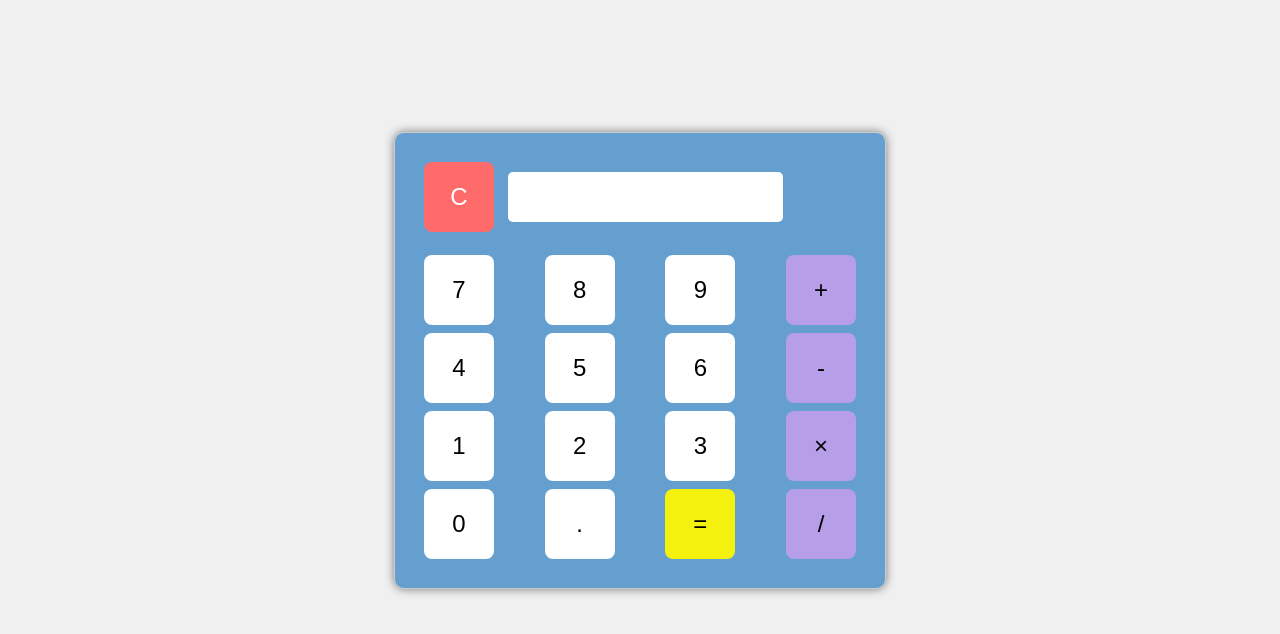
Repository: Burnmyheart/calculator
Page: index.html
An editor plug-in stored every save of this project. The page is shown before and after the next save, followed by the edit.
The browser window is 1280 px wide. The pictures show the whole page.

Above is the page before, as saved 2025-04-28 22:48:16.

### index.html
<!DOCTYPE html>
<html lang="en">
  <head>
    <meta charset="UTF-8" />
    <meta name="viewport" content="width=device-width, initial-scale=1.0" />
    <title>Калькулятор</title>
    <link rel="stylesheet" href="style.css" />
  </head>
  <body>
    <div class="calculator">
      <!-- Поле вывода и кнопка сброса -->
      <div class="display-container">
        <button class="clear" onclick="clearDisplay()">C</button>
        <input type="text" id="display" readonly />
      </div>

      <!-- Кнопки калькулятора -->
      <div>
        <button onclick="addNumber('7')">7</button>
        <button onclick="addNumber('8')">8</button>
        <button onclick="addNumber('9')">9</button>
        <button class="operation" onclick="addOperation('+')">+</button>
      </div>
      <div>
        <button onclick="addNumber('4')">4</button>
        <button onclick="addNumber('5')">5</button>
        <button onclick="addNumber('6')">6</button>
        <button class="operation" onclick="addOperation('-')">-</button>
      </div>
      <div>
        <button onclick="addNumber('1')">1</button>
        <button onclick="addNumber('2')">2</button>
        <button onclick="addNumber('3')">3</button>
        <button class="operation" onclick="addOperation('*')">×</button>
      </div>
      <div>
        <button onclick="addNumber('0')">0</button>
        <button onclick="addNumber('.')">.</button>
        <button class="calculate" onclick="calculate()">=</button>
        <button class="operation" onclick="addOperation('/')">/</button>
      </div>
    </div>

    <script src="calculator.js"></script>
  </body>
</html>

### style.css
/* Базовые стили для читаемости */
body {
  display: flex;
  justify-content: center;
  align-items: center;
  min-height: 100vh;
  margin: 0;
  background-color: #f0f0f0;
}

.calculator {
  background-color: #649fcf;
  padding: 25px;
  border: 1px solid #ccc;
  border-radius: 10px;
  width: 440px;
  box-shadow: 0 0 10px 0 rgba(0, 0, 0, 0.5);
}

.display-container {
  margin-bottom: 15px;
  display: flex;
  align-items: center;
  gap: 10px;
}

#display {
  width: 255px;
  height: 40px;
  padding: 5px 10px;
  text-align: right;
  font-size: 24px;
  border-radius: 5px;
  border: none;
}

.calculator > div:not(.display-container) {
  display: flex;
  justify-content: space-between;
}

button {
  width: 70px;
  height: 70px;
  margin: 4px;
  border: none;
  background-color: white;
  border-radius: 8px;
  font-size: 24px;
  cursor: pointer;
}

.clear {
  background-color: #ff6b6b;
  color: white;
}

.calculate {
  background-color: #f5f10f;
}

.operation {
  background-color: #ef9efa98;
}

### calculator.js
// Получаем элемент дисплея
const display = document.getElementById("display");

// Переменные для хранения данных
let firstNumber = "";
let operator = "";
let newNumber = false;

// Добавление цифры
function addNumber(num) {
  if (newNumber) {
    display.value = num;
    newNumber = false;
  } else {
    display.value += num;
  }
}

// Добавление операции
function addOperation(op) {
  // Проверяем, что есть число для операции
  if (display.value === "") {
    display.value = "Ошибка: введите число";
    return;
  }
  // Если уже есть операция, выполняем её
  if (firstNumber && operator) {
    calculate();
  }
  firstNumber = display.value;
  operator = op;
  newNumber = true;
}

// Вычисление результата
function calculate() {
  // Проверяем наличие всех необходимых данных
  if (!firstNumber || !operator || !display.value) {
    display.value = "Ошибка: неполное выражение";
    return;
  }

  let result;
  let a = parseFloat(firstNumber);
  let b = parseFloat(display.value);

  switch (operator) {
    case "+":
      result = a + b;
      break;
    case "-":
      result = a - b;
      break;
    case "*":
      result = a * b;
      break;
    case "/":
      if (b === 0) {
        display.value = "Ошибка: деление на ноль";
        firstNumber = "";
        operator = "";
        newNumber = true;
        return;
      }
      result = a / b;
      break;
  }

  display.value = result;
  firstNumber = "";
  operator = "";
  newNumber = true;
}

// Очистка дисплея
function clearDisplay() {
  display.value = "";
  firstNumber = "";
  operator = "";
  newNumber = false;
}

After the next save:
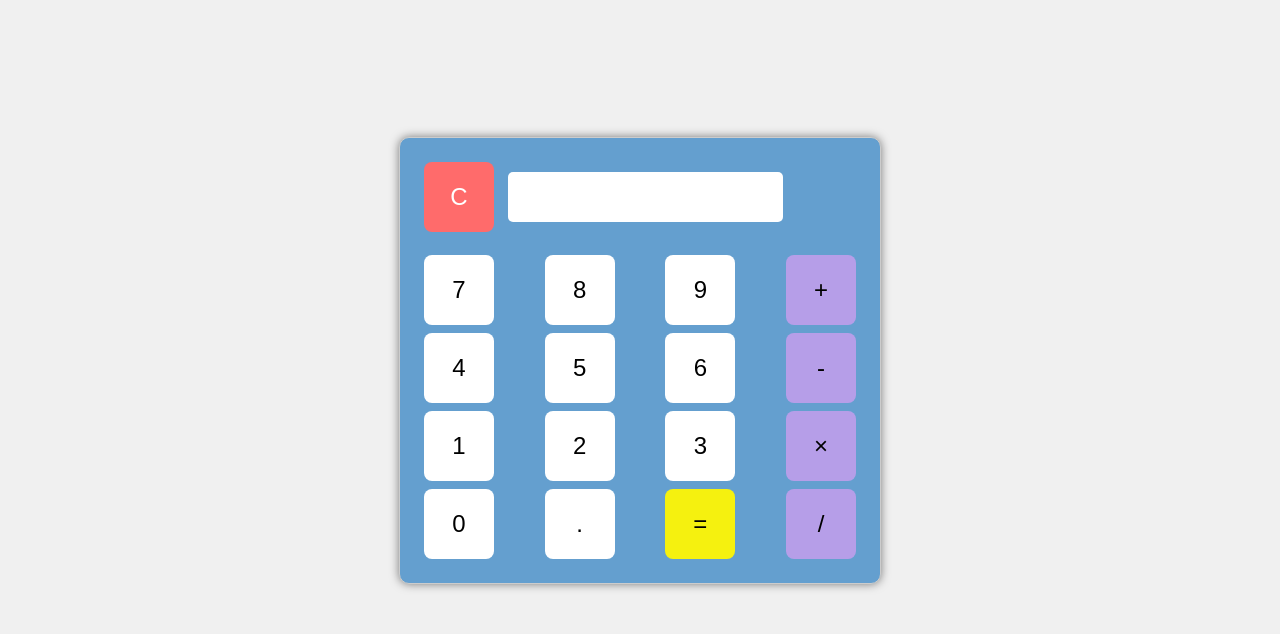
Saved 7 s later.
--- a/style.css
+++ b/style.css
@@ -10,7 +10,7 @@
 
 .calculator {
   background-color: #649fcf;
-  padding: 25px;
+  padding: 20px;
   border: 1px solid #ccc;
   border-radius: 10px;
   width: 440px;

After the save that followed:
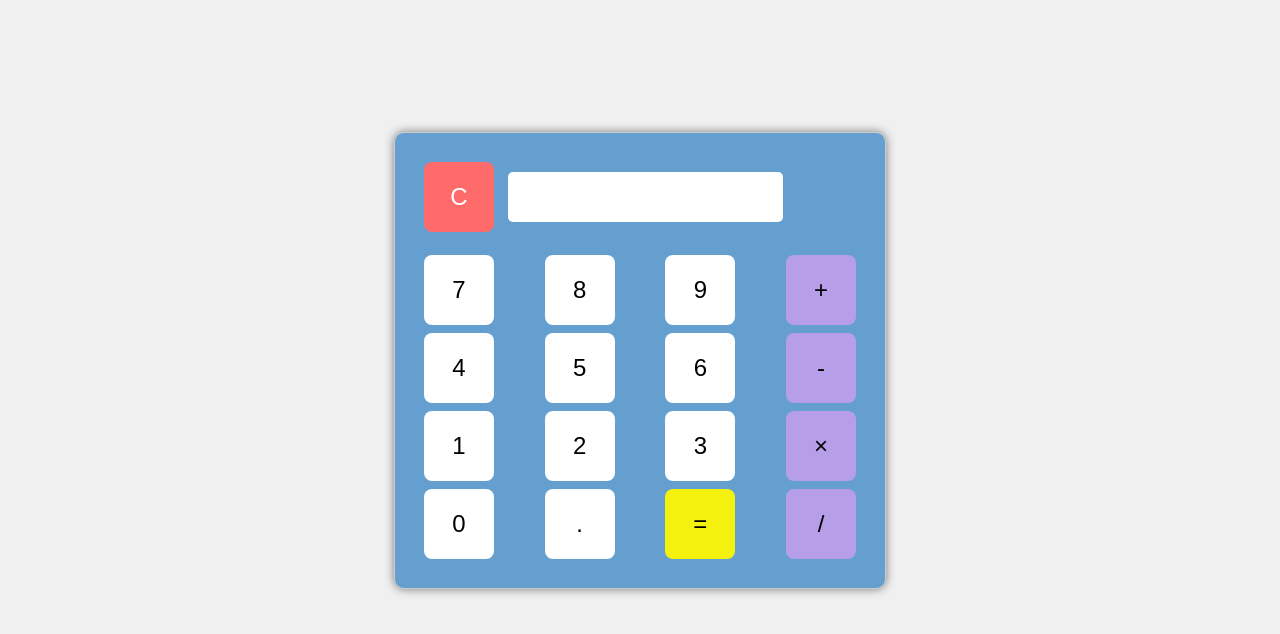
Saved 4 s later.
--- a/style.css
+++ b/style.css
@@ -10,7 +10,7 @@
 
 .calculator {
   background-color: #649fcf;
-  padding: 20px;
+  padding: 25px;
   border: 1px solid #ccc;
   border-radius: 10px;
   width: 440px;
